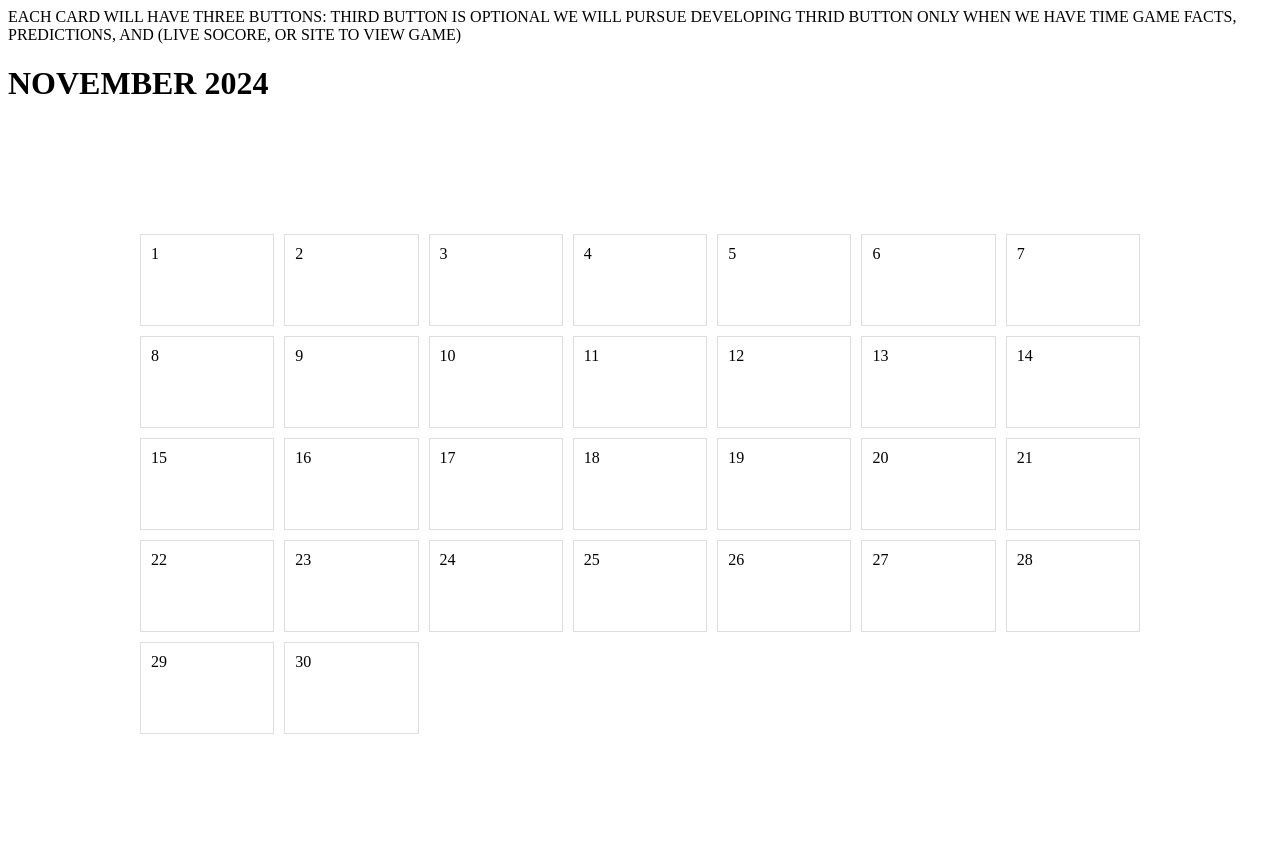
Repository: bredernd/Sports-Analytics
Page: http://localhost/CPS298_Nba/calendar
An editor plug-in stored every save of this project. The page is shown before and after the next save, followed by the edit.
The browser window is 1280 px wide. The pictures show the whole page.
The page is served by Tomcat 9. Other server files are loaded and not shown.

Above is the page before, as saved 2024-11-06 18:55:53.

### NBAProj/CPS298_Nba/src/main/webapp/WEB-INF/Dispatcher-servlet.xml
<?xml version="1.0" encoding="UTF-8"?>
<beans xmlns="http://www.springframework.org/schema/beans"
	xmlns:xsi="http://www.w3.org/2001/XMLSchema-instance"
	xmlns:context="http://www.springframework.org/schema/context"
	xmlns:mvc="http://www.springframework.org/schema/mvc"
	xmlns:tx="http://www.springframework.org/schema/tx"
	xsi:schemaLocation="http://www.springframework.org/schema/mvc http://www.springframework.org/schema/mvc/spring-mvc-4.3.xsd
		http://www.springframework.org/schema/beans http://www.springframework.org/schema/beans/spring-beans.xsd
		http://www.springframework.org/schema/context http://www.springframework.org/schema/context/spring-context-4.3.xsd
		http://www.springframework.org/schema/tx http://www.springframework.org/schema/tx/spring-tx-4.3.xsd">


	<context:component-scan
		base-package="com.cps298.nba">
	</context:component-scan>
	<mvc:annotation-driven></mvc:annotation-driven>
	<mvc:resources mapping="/resources/**" location="/resources/"></mvc:resources>
	<bean id="viewResolver"
		class="org.springframework.web.servlet.view.InternalResourceViewResolver">
	<property name="prefix" value="/WEB-INF/Views/"></property>
	<property name="suffix" value=".jsp"></property>
	</bean>

<!-- 	<bean id="myDataSource" -->
<!-- 		class="com.mchange.v2.c3p0.ComboPooledDataSource"> -->
<!-- 	<property name="driverClass" value="com.mysql.cj.jdbc.Driver"></property> -->
<!-- 	<property name="user" value="hbstudent"></property> -->
<!-- 	<property name="password" value="hbstudent"></property> -->
<!-- 	<property name="jdbcUrl" -->
<!-- 		value="jdbc:mysql://localhost:3306/movies?useSSL=false"> -->
<!-- 	</property> -->
<!-- 	<property name="minPoolSize" value="5"></property> -->
<!-- 	<property name="maxPoolSize" value="30"></property> -->
<!-- 	<property name="maxIdleTime" value="30000"></property> -->
<!-- 	</bean> -->
<!-- 	<bean id="sessionFactory" -->
<!-- 		class="org.springframework.orm.hibernate5.LocalSessionFactoryBean"> -->
<!-- 	<property name="dataSource" ref="myDataSource"></property> -->
<!-- 	<property name="packagesToScan" -->
<!-- 		value="com.cps298.nba.entity"> -->
<!-- 	</property> -->
<!-- 	<property name="hibernateProperties"> -->
<!-- 	<props> -->
<!-- 	<prop key="hibernate.dialect">org.hibernate.dialect.MySQLDialect</prop> -->
<!-- 	<prop key="hibernate.show_sql">true</prop> -->
<!-- 	</props> -->
<!-- 	</property> -->
<!-- 	</bean> -->
<!-- 	<bean id="myTransactionalManager" -->
<!-- 		class="org.springframework.orm.hibernate5.HibernateTransactionManager"> -->
<!-- 	<property name="sessionFactory" ref="sessionFactory"></property> -->
<!-- 	</bean> -->
<!-- 	<tx:annotation-driven transaction-manager="myTransactionalManager" /> -->
</beans>

### NBAProj/CPS298_Nba/src/main/webapp/WEB-INF/Views/calendar.jsp
<%@ page language="java" contentType="text/html; charset=ISO-8859-1"
    pageEncoding="ISO-8859-1"%>
<!DOCTYPE html>
<html>
<head>
<meta charset="ISO-8859-1">
<title>Calendar</title>

<style>
	.container {
    display: flex;
    justify-content: center;
    align-items: center;
    min-height: 100vh;
	}

	.calendar {
	display: grid;
	grid-template-columns: repeat(7, 1fr);
	gap: 10px;
	width: 1000px;
	height: 500px;
	}

    .day {
    border: 1px solid #ddd;
    padding: 10px;
    }
</style>
</head>
<body>


EACH CARD WILL HAVE THREE BUTTONS: THIRD BUTTON IS OPTIONAL
WE WILL PURSUE DEVELOPING THRID BUTTON ONLY WHEN WE HAVE TIME
GAME FACTS, PREDICTIONS, AND (LIVE SOCORE, OR SITE TO VIEW GAME)

    <h1>${month} ${year}</h1>
	<div class="container">
    	<div class="calendar">
        	${calendarHtml}
    	</div>
    </div>


</body>
</html>

### NBAProj/CPS298_Nba/src/main/java/com/cps298/nba/controller/MainController.java
package com.cps298.nba.controller;

import java.time.LocalDate;

import org.springframework.beans.factory.annotation.Autowired;
import org.springframework.stereotype.Controller;
import org.springframework.ui.Model;
import org.springframework.web.bind.annotation.RequestMapping;

import com.cps298.nba.service.CalendarService;

@Controller
public class MainController {

    @Autowired
    private CalendarService calendarService;

	@RequestMapping("/")
	public String home() {
		return "home";
	}

	@RequestMapping("/calendar")
	public String calendar(Model model) {
        LocalDate now = LocalDate.now();
        int year = now.getYear();
        int month = now.getMonthValue();

        // Use the service to generate the HTML
        String calendarHtml = calendarService.generateCalendarHtml(year, month);

        model.addAttribute("calendarHtml", calendarHtml);
        model.addAttribute("month", now.getMonth());
        model.addAttribute("year", year);

		return "calendar";
	}

	@RequestMapping("/news")
	public String news() {
		return "news";
	}

	@RequestMapping("/gameFacts")
	public String gameFacts() {
		return "gameFacts";
	}

	@RequestMapping("/predictions")
	public String predictions() {
		return "predictions";
	}
}

### NBAProj/CPS298_Nba/src/main/java/com/cps298/nba/service/CalendarService.java
package com.cps298.nba.service;

import java.time.LocalDate;
import java.time.YearMonth;

import org.springframework.stereotype.Service;

@Service
public class CalendarService {

    public String generateCalendarHtml(int year, int month) {
        StringBuilder calendarHtml = new StringBuilder();
        YearMonth yearMonth = YearMonth.of(year, month);

        for (int day = 1; day <= yearMonth.lengthOfMonth(); day++) {
            calendarHtml.append("<div class='day'>").append(day).append("</div>");
        }

        return calendarHtml.toString();
    }

}

After the next save:
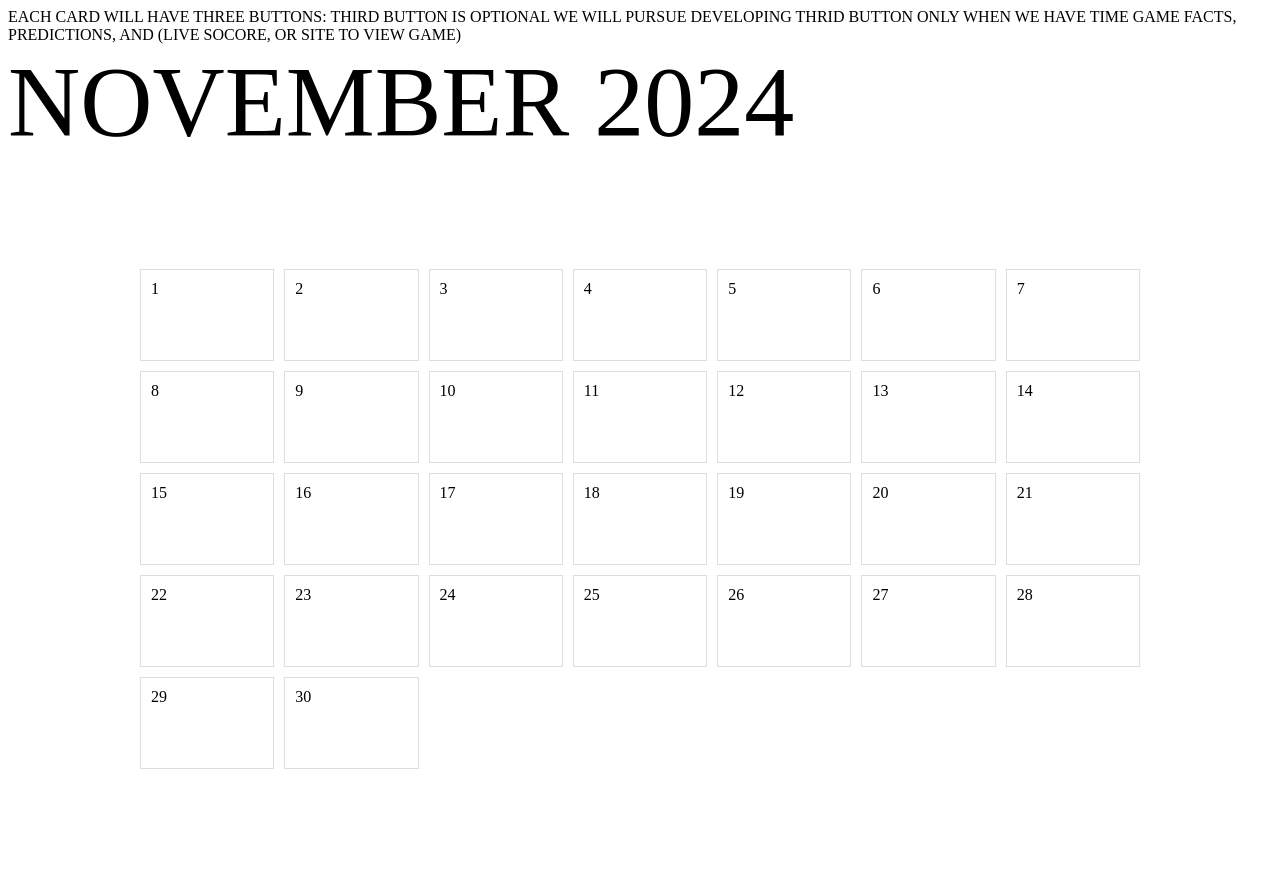
Saved 93 s later.
--- a/NBAProj/CPS298_Nba/src/main/webapp/WEB-INF/Views/calendar.jsp
+++ b/NBAProj/CPS298_Nba/src/main/webapp/WEB-INF/Views/calendar.jsp
@@ -26,6 +26,13 @@
     border: 1px solid #ddd;
     padding: 10px;
     }
+
+    .calTitle{
+    align-text: center;
+    font-size: 100px;
+    width: 100%;
+    height: fit-content;
+    }
 </style>
 </head>
 <body>
@@ -35,7 +42,7 @@ EACH CARD WILL HAVE THREE BUTTONS: THIRD BUTTON IS OPTIONAL
 WE WILL PURSUE DEVELOPING THRID BUTTON ONLY WHEN WE HAVE TIME
 GAME FACTS, PREDICTIONS, AND (LIVE SOCORE, OR SITE TO VIEW GAME)
 
-    <h1>${month} ${year}</h1>
+    <div class="calTitle">${month} ${year}</div>
 	<div class="container">
     	<div class="calendar">
         	${calendarHtml}
